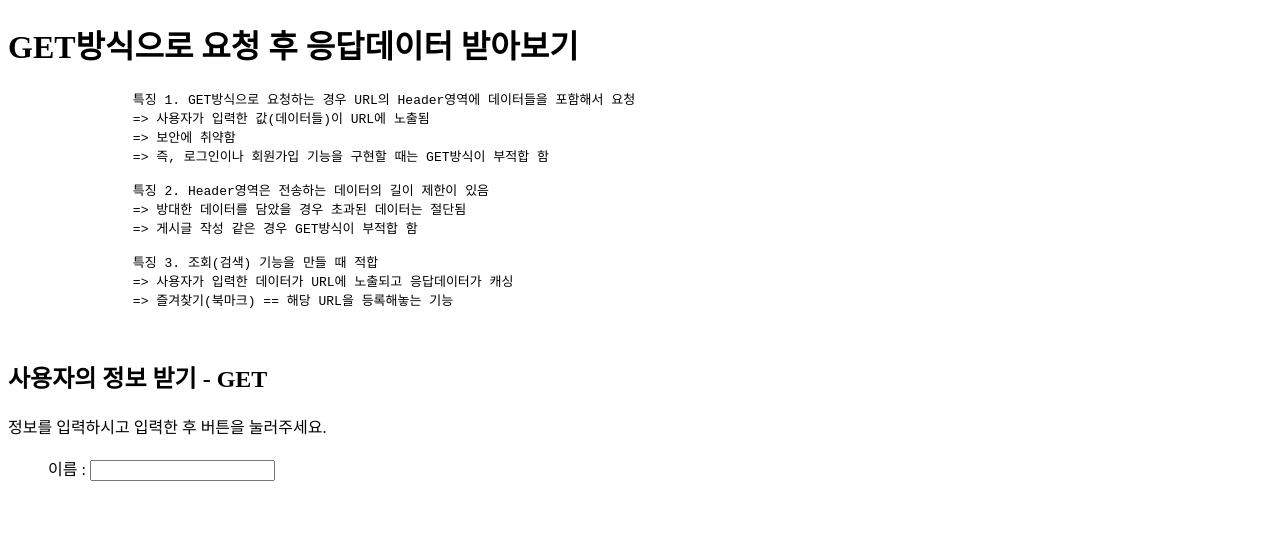
Repository: Rostreaca/0922_Web
Page: MyFirstWebProject/src/main/webapp/views/request_get.html
The author's editor kept a copy of each file at every save. The page is drawn from the files as they stood at one save, then again after a run of saves.
The browser window is 1280 px wide. The pictures show the whole page.

Above is the page before, as saved 2025-09-22 08:08:29.

### MyFirstWebProject/src/main/webapp/views/request_get.html
<!DOCTYPE html>
<html>
<head>
<meta charset="UTF-8">
<title>Get 방식 요청 테스트</title>
<style>
	ul {
		list-style : none;
		line-height : 200%;
	}
</style>
</head>
<body>
	<h1>GET방식으로 요청 후 응답데이터 받아보기</h1>

	<pre>
		특징 1. GET방식으로 요청하는 경우 URL의 Header영역에 데이터들을 포함해서 요청
		=> 사용자가 입력한 값(데이터들)이 URL에 노출됨
		=> 보안에 취약함
		=> 즉, 로그인이나 회원가입 기능을 구현할 때는 GET방식이 부적합 함

		특징 2. Header영역은 전송하는 데이터의 길이 제한이 있음
		=> 방대한 데이터를 담았을 경우 초과된 데이터는 절단됨
		=> 게시글 작성 같은 경우 GET방식이 부적합 함

		특징 3. 조회(검색) 기능을 만들 때 적합
		=> 사용자가 입력한 데이터가 URL에 노출되고 응답데이터가 캐싱
		=> 즐겨찾기(북마크) == 해당 URL을 등록해놓는 기능

	</pre>

	<h2> 사용자의 정보 받기 - GET </h2>
	<p>정보를 입력하시고 입력한 후 버튼을 눌러주세요.</p>

	<form method="get">
		<ul>
			<li>
				이름 : <input type="text" />
			</li>
		</ul>
	</form>



</body>
</html>

After the next 2 saves:
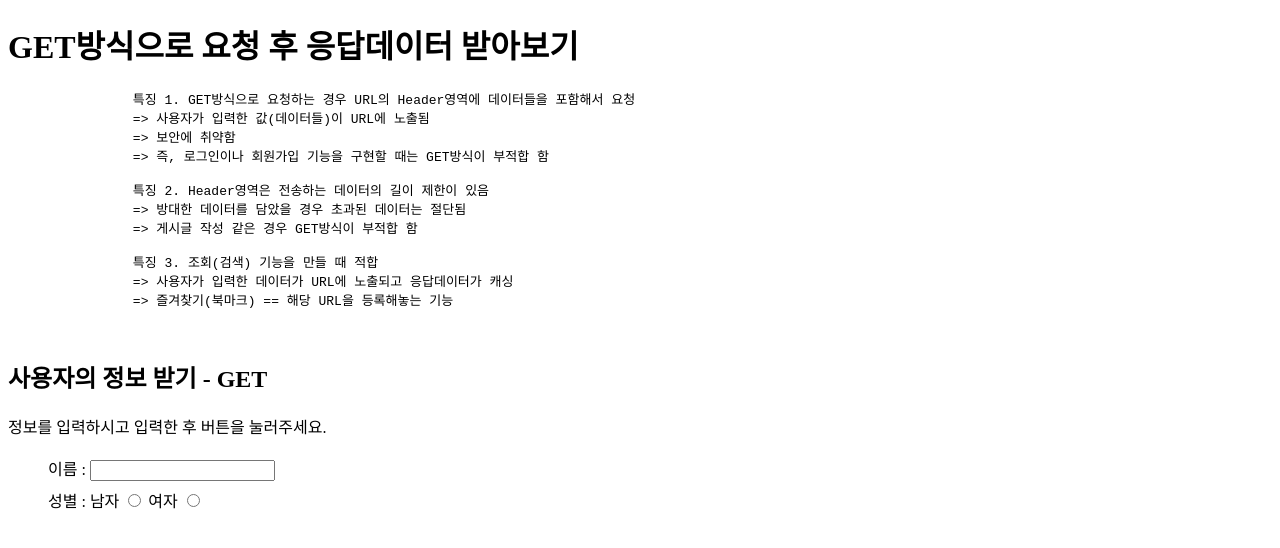
The 2 saves are shown as one change because they came seconds apart.
The last was saved 44 s later.
--- a/MyFirstWebProject/src/main/webapp/views/request_get.html
+++ b/MyFirstWebProject/src/main/webapp/views/request_get.html
@@ -37,6 +37,11 @@
 			<li>
 				이름 : <input type="text" />
 			</li>
+			<li>
+				성별 :
+				남자 <input type="radio"/>
+				여자 <input type="radio"/>
+			</li>
 		</ul>
 	</form>
 
